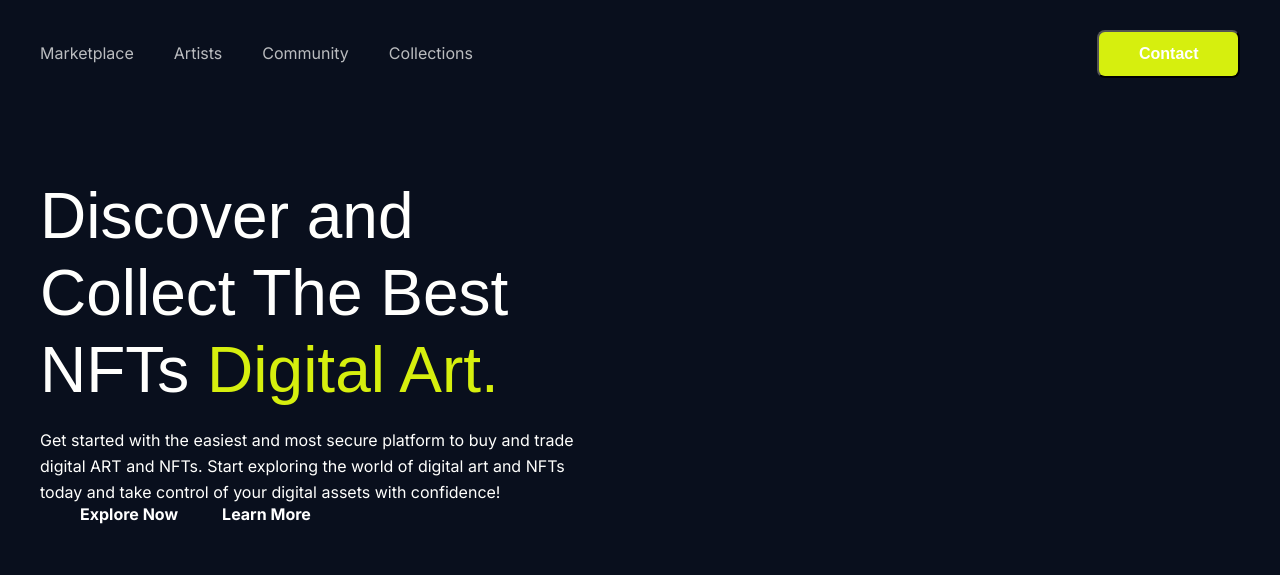
Repository: Kamron5505/NftMarketplace
Page: index.html
These files come from the project's save history. The page is drawn as it stood at one moment and after the next save; the edit follows.
The browser window is 1280 px wide. The pictures show the whole page.
Some web fonts or font styles are not loaded; a fallback is used.

Above is the page before, as saved 2025-07-08 00:11:09.

After the next save:
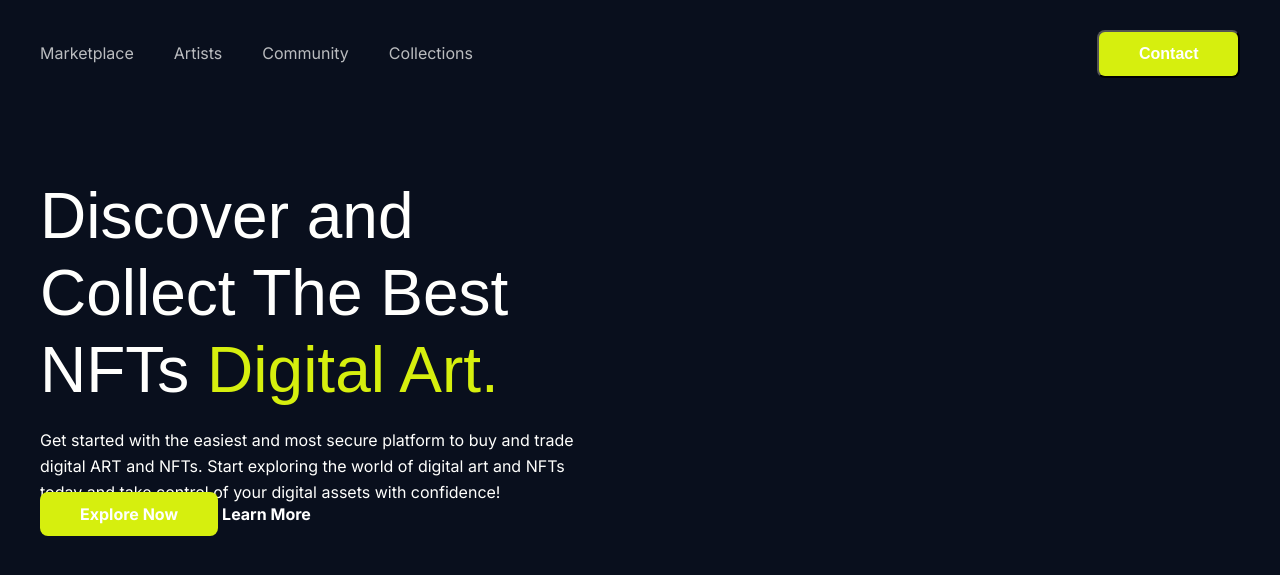
Saved 8 s later.
--- a/style.css
+++ b/style.css
@@ -136,6 +136,7 @@ h6 {
     padding: 12px 40px;
     width: 178px;
     height: 52px;
+    background: #d6ef0e;
 }
 
 .btn-secondary {}
